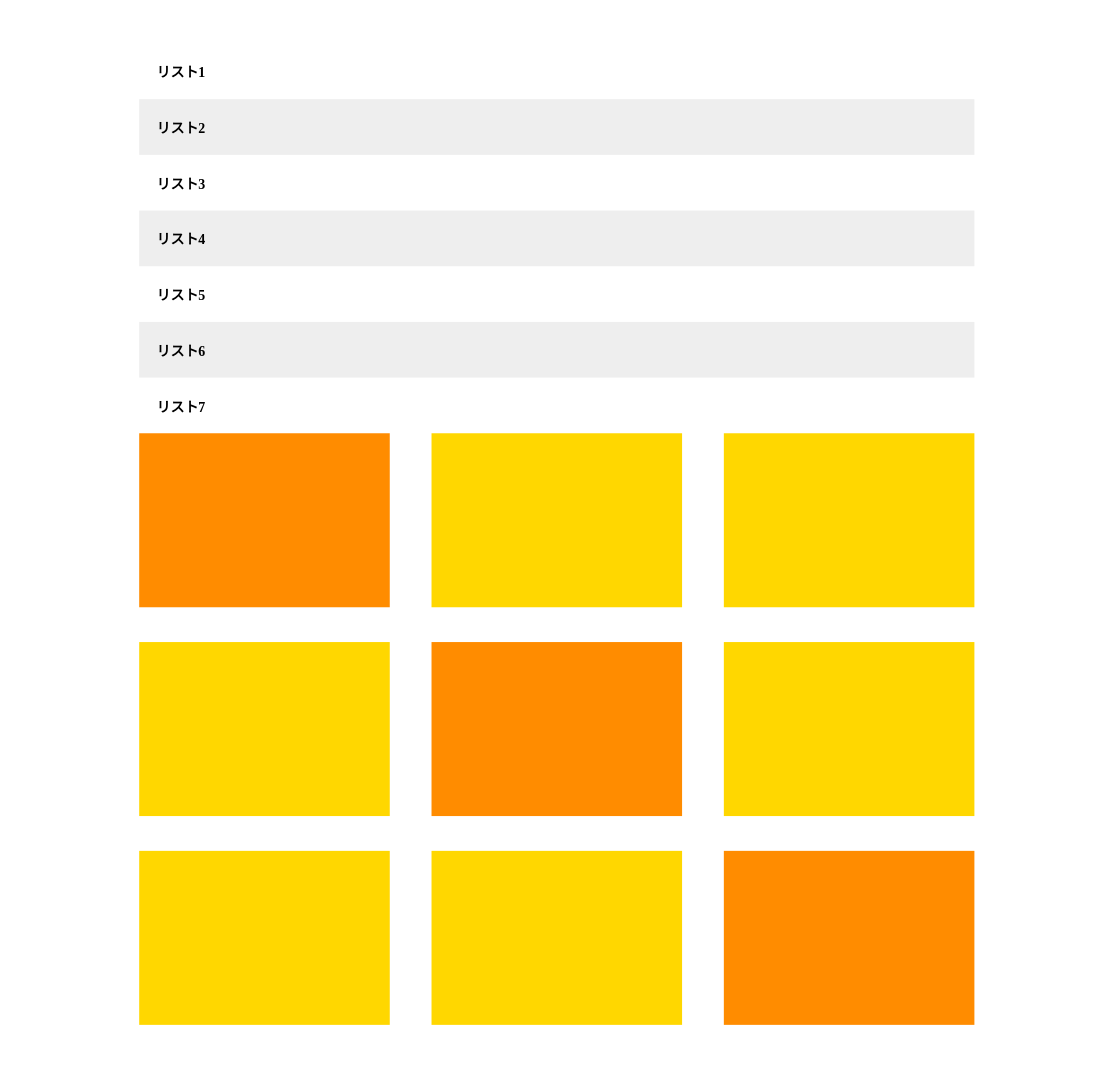
Repository: Tyubyasa/abc
Page: chapter8/chapter8.html
The author's editor kept a record of every edit. The page is drawn from the files as they stood at one moment, then again after the next edit.
The browser window is 1280 px wide. The pictures show the whole page, at 87% of full size.

Above is the page before.

### chapter8/chapter8.html
<!DOCTYPE html>
<html lang="ja">
  <head>
    <meta charset="UTF-8" />
    <!-- CSSファイルの読み込み -->
    <link rel="stylesheet" href="chapter8.css" />
    <title>chapter8</title>
 </head>

 <style>
    .body {
        font-size: 12px;
    }
</style>
<body>
<main>
<section class="main">
    <h1 class="item-list">
      </h1>
   <h4 class="item">
     リスト1
      </h4>
      <h4 class="item">
      リスト2
      </h4>
      <h4 class="item">
        リスト3
      </h4>
      <h4 class="item">
        リスト4
      </h4>
      <h4 class="item">
        リスト5
      </h4>
      <h4 class="item">
        リスト6
      </h4>
      <h4 class="item">
        リスト7
      </h4>
</section>

 <!-- main用のdiv -->

      <div class="box-list">
      <div class="box">
         </div>
        <div class="box">
           </div>
          <div class="box">
             </div>
            <div class="box">
               </div>
              <div class="box">
                 </div>
                <div class="box">
                   </div>
                  <div class="box">
                     </div>
                    <div class="box">
                       </div>
                      <div class="box">
          </div>
          </div>
          </main>
          </body>
          </html>

### chapter8/chapter8.css
* {
  margin: 0;
  padding: 0;
  box-sizing: border-box;
}

main {
  width: 960px;
  margin: 50px auto;
}

.item-list {
  margin-bottom: 50px;
  padding-left:20px;  /* 左だけ指定 */
}

.item {
  padding: 20px;
  list-style: none;
  padding-left:20px;  /* 左だけ指定 */
}

.item:nth-child(odd) {
  background-color: #eee;
}

.box-list {
  display: flex;
  flex-wrap: wrap;
}

.box {
  background-color: #ffd700;
  width: 30%;
  height: 200px;
  margin-right: 5%;
  margin-bottom: 40px;
}

.box:first-child,
.box:nth-child(5),
.box:last-child {
  background-color: #ff8c00;
}

.box:nth-child(3n) {
  margin-right: 0;
}

.box:nth-last-child(-n + 3) {
  margin-bottom: 0;
}

After the next edit:
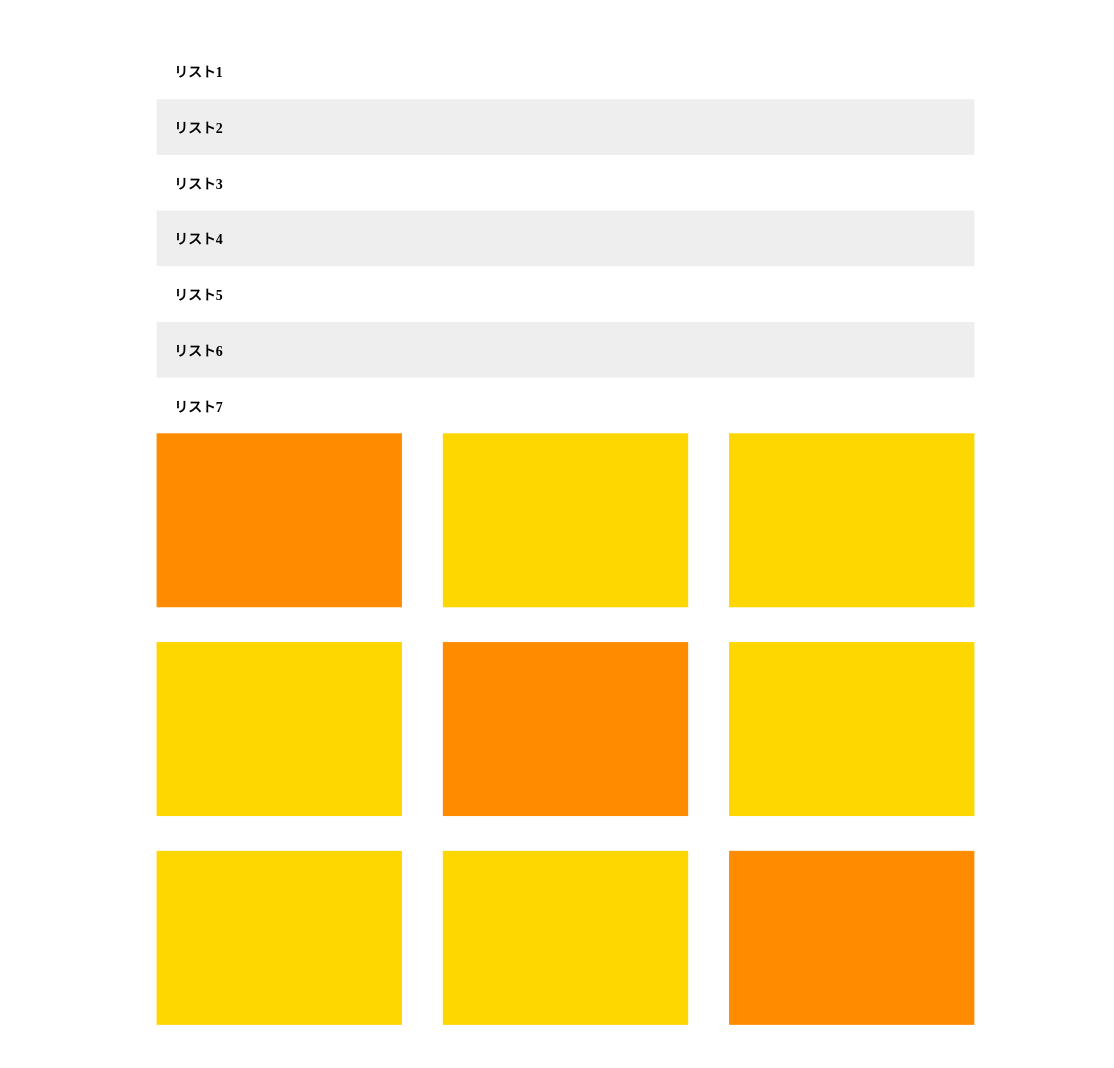
The edit:
--- a/chapter8/chapter8.css
+++ b/chapter8/chapter8.css
@@ -7,6 +7,7 @@
 main {
   width: 960px;
   margin: 50px auto;
+  padding-left:20px;  /* 左だけ指定 */
 }
 
 .item-list {

After the 2 edits that followed:
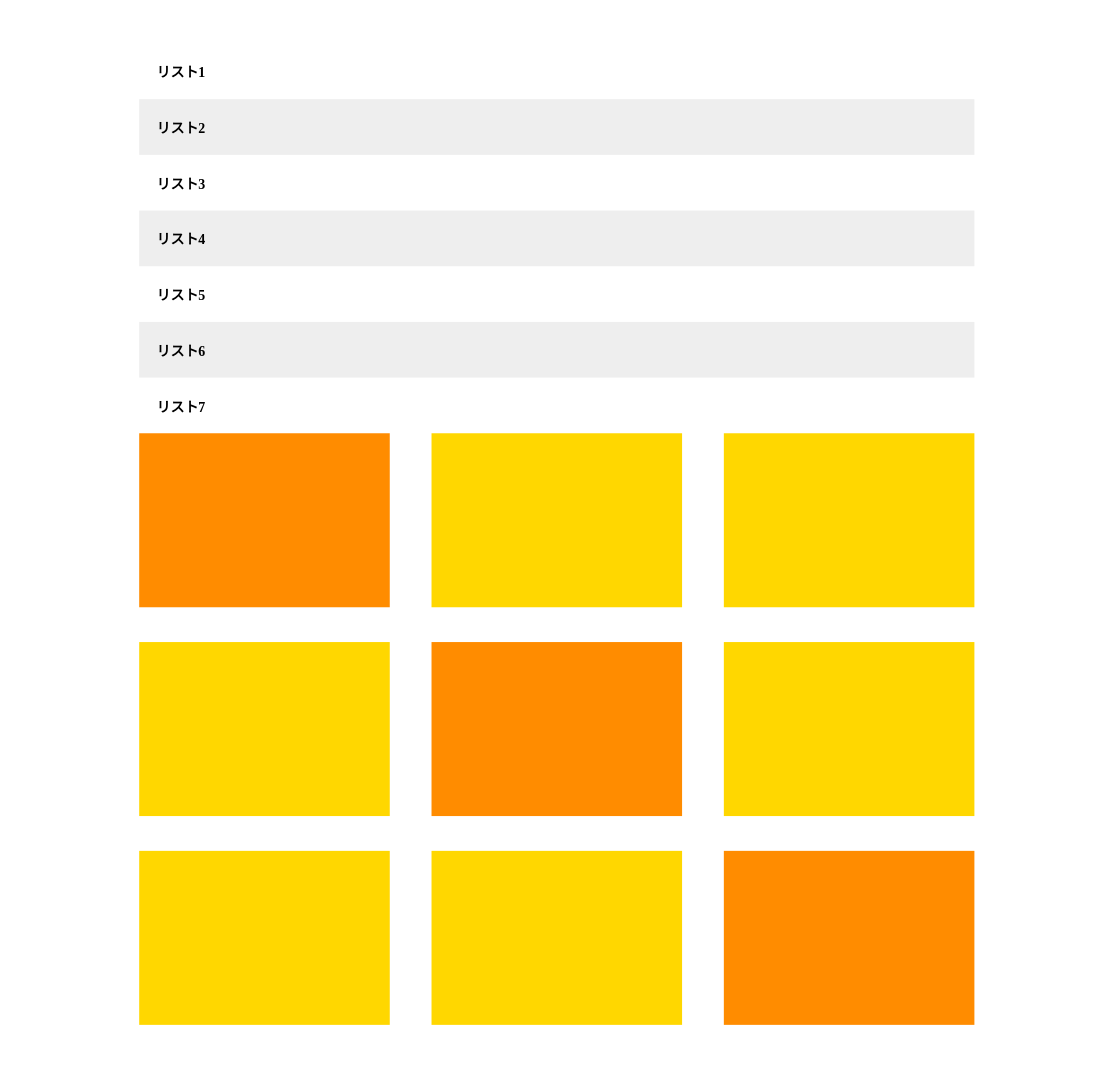
The 2 edits are shown as one change because 1 left the picture as it was.
The edit:
--- a/chapter8/chapter8.css
+++ b/chapter8/chapter8.css
@@ -7,12 +7,10 @@
 main {
   width: 960px;
   margin: 50px auto;
-  padding-left:20px;  /* 左だけ指定 */
 }
 
 .item-list {
   margin-bottom: 50px;
-  padding-left:20px;  /* 左だけ指定 */
 }
 
 .item {
